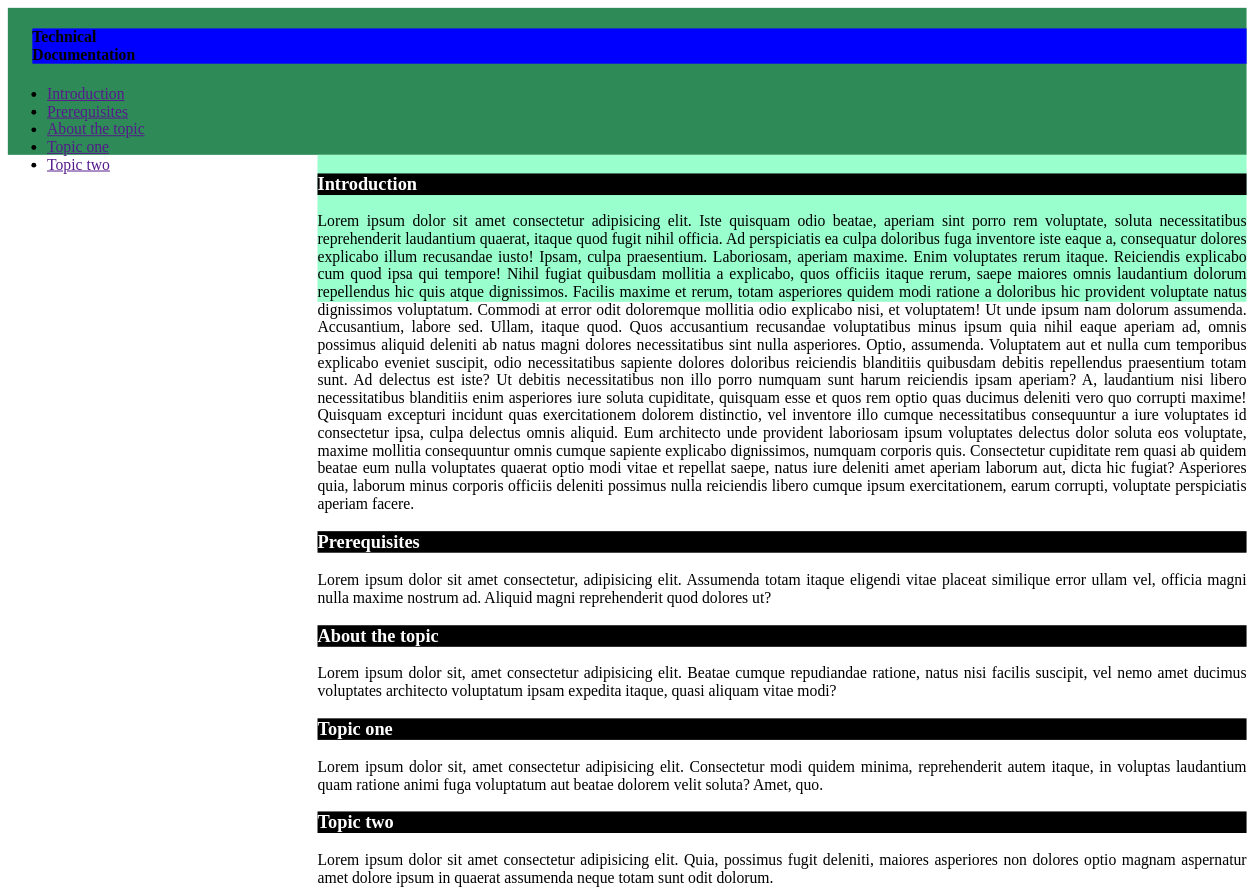
Repository: JoaoLemesDEV/Excercise-Tech-Documentation-Page
Page: index.html
An editor plug-in stored every save of this project. The page is shown before and after a run of saves, followed by the edit.
The browser window is 1280 px wide. The pictures show the whole page, at 98% of full size.

Above is the page before, as saved 2021-10-03 20:56:03.

### index.html
<!DOCTYPE html>
<html lang="en">
  <head>
    <meta charset="UTF-8" />
    <meta http-equiv="X-UA-Compatible" content="IE=edge" />
    <meta name="viewport" content="width=device-width, initial-scale=1.0" />
    <title>Technical Documentaion</title>
    <link rel="stylesheet" href="index.css" />
  </head>
  <body>
    <div class="wrapper">
      <div id="menu">
        <h4 text-align="left">Technical<br />Documentation</h4>
        <nav>
          <ul>
            <li><a href="">Introduction</a></li>
            <li><a href="">Prerequisites</a></li>
            <li><a href="">About the topic</a></li>
            <li><a href="">Topic one</a></li>
            <li><a href="">Topic two</a></li>
          </ul>
        </nav>
      </div>
      <div id="contents">
        <section id="introduction">
          <h3 style="background: black; color: white">Introduction</h3>
          <p>
            Lorem ipsum dolor sit amet consectetur adipisicing elit. Iste
            quisquam odio beatae, aperiam sint porro rem voluptate, soluta
            necessitatibus reprehenderit laudantium quaerat, itaque quod fugit
            nihil officia. Ad perspiciatis ea culpa doloribus fuga inventore
            iste eaque a, consequatur dolores explicabo illum recusandae iusto!
            Ipsam, culpa praesentium. Laboriosam, aperiam maxime. Enim
            voluptates rerum itaque. Reiciendis explicabo cum quod ipsa qui
            tempore! Nihil fugiat quibusdam mollitia a explicabo, quos officiis
            itaque rerum, saepe maiores omnis laudantium dolorum repellendus hic
            quis atque dignissimos. Facilis maxime et rerum, totam asperiores
            quidem modi ratione a doloribus hic provident voluptate natus
            dignissimos voluptatum. Commodi at error odit doloremque mollitia
            odio explicabo nisi, et voluptatem! Ut unde ipsum nam dolorum
            assumenda. Accusantium, labore sed. Ullam, itaque quod. Quos
            accusantium recusandae voluptatibus minus ipsum quia nihil eaque
            aperiam ad, omnis possimus aliquid deleniti ab natus magni dolores
            necessitatibus sint nulla asperiores. Optio, assumenda. Voluptatem
            aut et nulla cum temporibus explicabo eveniet suscipit, odio
            necessitatibus sapiente dolores doloribus reiciendis blanditiis
            quibusdam debitis repellendus praesentium totam sunt. Ad delectus
            est iste? Ut debitis necessitatibus non illo porro numquam sunt
            harum reiciendis ipsam aperiam? A, laudantium nisi libero
            necessitatibus blanditiis enim asperiores iure soluta cupiditate,
            quisquam esse et quos rem optio quas ducimus deleniti vero quo
            corrupti maxime! Quisquam excepturi incidunt quas exercitationem
            dolorem distinctio, vel inventore illo cumque necessitatibus
            consequuntur a iure voluptates id consectetur ipsa, culpa delectus
            omnis aliquid. Eum architecto unde provident laboriosam ipsum
            voluptates delectus dolor soluta eos voluptate, maxime mollitia
            consequuntur omnis cumque sapiente explicabo dignissimos, numquam
            corporis quis. Consectetur cupiditate rem quasi ab quidem beatae eum
            nulla voluptates quaerat optio modi vitae et repellat saepe, natus
            iure deleniti amet aperiam laborum aut, dicta hic fugiat? Asperiores
            quia, laborum minus corporis officiis deleniti possimus nulla
            reiciendis libero cumque ipsum exercitationem, earum corrupti,
            voluptate perspiciatis aperiam facere.
          </p>
        </section>
        <section id="Prerequisites">
          <h3 style="background: black; color: white">Prerequisites</h3>
          <p>
            Lorem ipsum dolor sit amet consectetur, adipisicing elit. Assumenda
            totam itaque eligendi vitae placeat similique error ullam vel,
            officia magni nulla maxime nostrum ad. Aliquid magni reprehenderit
            quod dolores ut?
          </p>
        </section>
        <section id="about the topic">
          <h3 style="background: black; color: white">About the topic</h3>
          <p>
            Lorem ipsum dolor sit, amet consectetur adipisicing elit. Beatae
            cumque repudiandae ratione, natus nisi facilis suscipit, vel nemo
            amet ducimus voluptates architecto voluptatum ipsam expedita itaque,
            quasi aliquam vitae modi?
          </p>
        </section>
        <section id="topic one">
          <h3 style="background: black; color: white">Topic one</h3>
          <p>
            Lorem ipsum dolor sit, amet consectetur adipisicing elit.
            Consectetur modi quidem minima, reprehenderit autem itaque, in
            voluptas laudantium quam ratione animi fuga voluptatum aut beatae
            dolorem velit soluta? Amet, quo.
          </p>
        </section>
        <section id="topic two">
          <h3 style="background: black; color: white">Topic two</h3>
          <p>
            Lorem ipsum dolor sit amet consectetur adipisicing elit. Quia,
            possimus fugit deleniti, maiores asperiores non dolores optio magnam
            aspernatur amet dolore ipsum in quaerat assumenda neque totam sunt
            odit dolorum.
          </p>
        </section>
      </div>
    </div>
  </body>
</html>

### index.css
#menu{
float: left;
background-color: seagreen;

}

.wrapper {
    display: grid;
    //grid-template-columns: 100px 100px 100px;
    grid-template-rows: 150px 150px;
}

#menu h4{
margin-left: 25px;
background-color: blue;
}

#contents{
  background-color: cadetblue;
	margin-left: 25%;
	background: #9FC;
  text-align: justify;
}

After the next 3 saves:
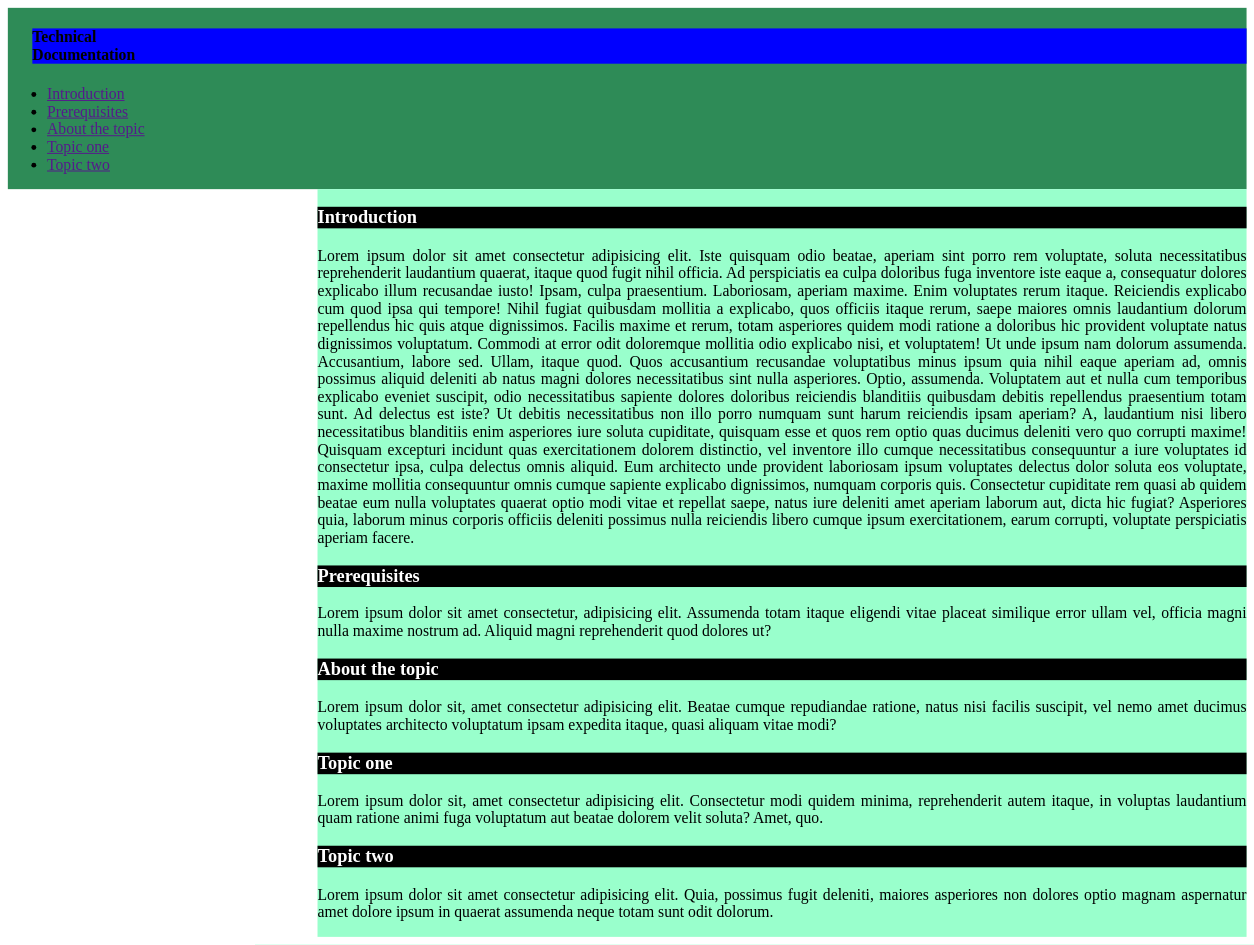
The 3 saves are shown as one change because they came seconds apart.
The last was saved 15 s later.
--- a/index.css
+++ b/index.css
@@ -7,7 +7,7 @@ background-color: seagreen;
 .wrapper {
     display: grid;
     //grid-template-columns: 100px 100px 100px;
-    grid-template-rows: 150px 150px;
+    //grid-template-rows: 150px 150px;
 }
 
 #menu h4{
